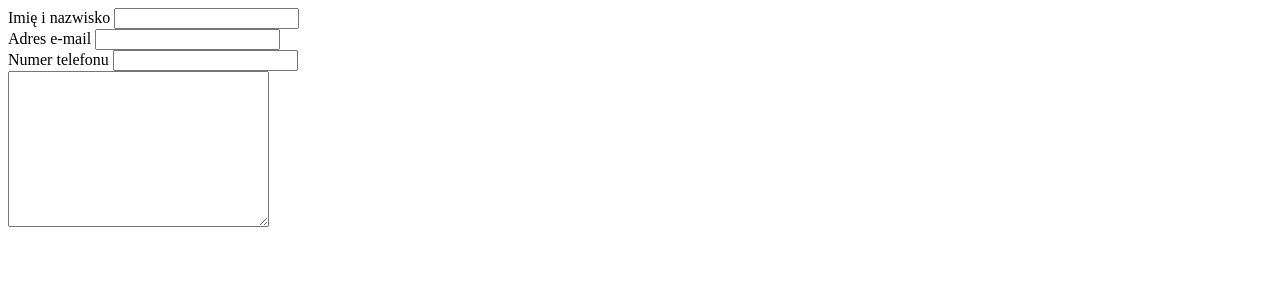
Repository: magdaf41/magdaf41.github.io
Page: zadania-domowe/HTML/zadanie_1/index.html
An editor plug-in stored every save of this project. The page is shown before and after the next save, followed by the edit.
The browser window is 1280 px wide. The pictures show the whole page.

Above is the page before, as saved 2020-08-12 21:32:53.

After the next save:
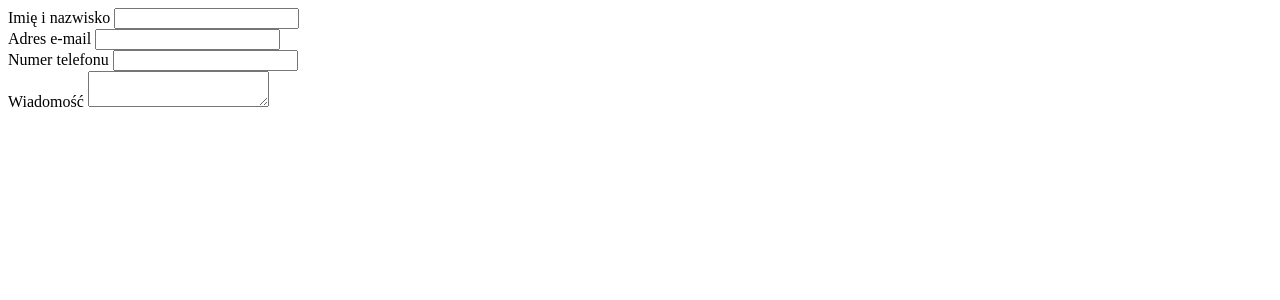
Saved 67 s later.
--- a/zadania-domowe/HTML/zadanie_1/index.html
+++ b/zadania-domowe/HTML/zadanie_1/index.html
@@ -17,6 +17,7 @@
     <label for="number">Numer telefonu</label>
     <input type="tel" name="number" id="number"><br>
 
-    <textarea name="message" id="message" cols="30" rows="10"></textarea>
+    <label for="message">Wiadomość</label>
+    <textarea name="message" id="message"></textarea>
 </body>
 </html>
